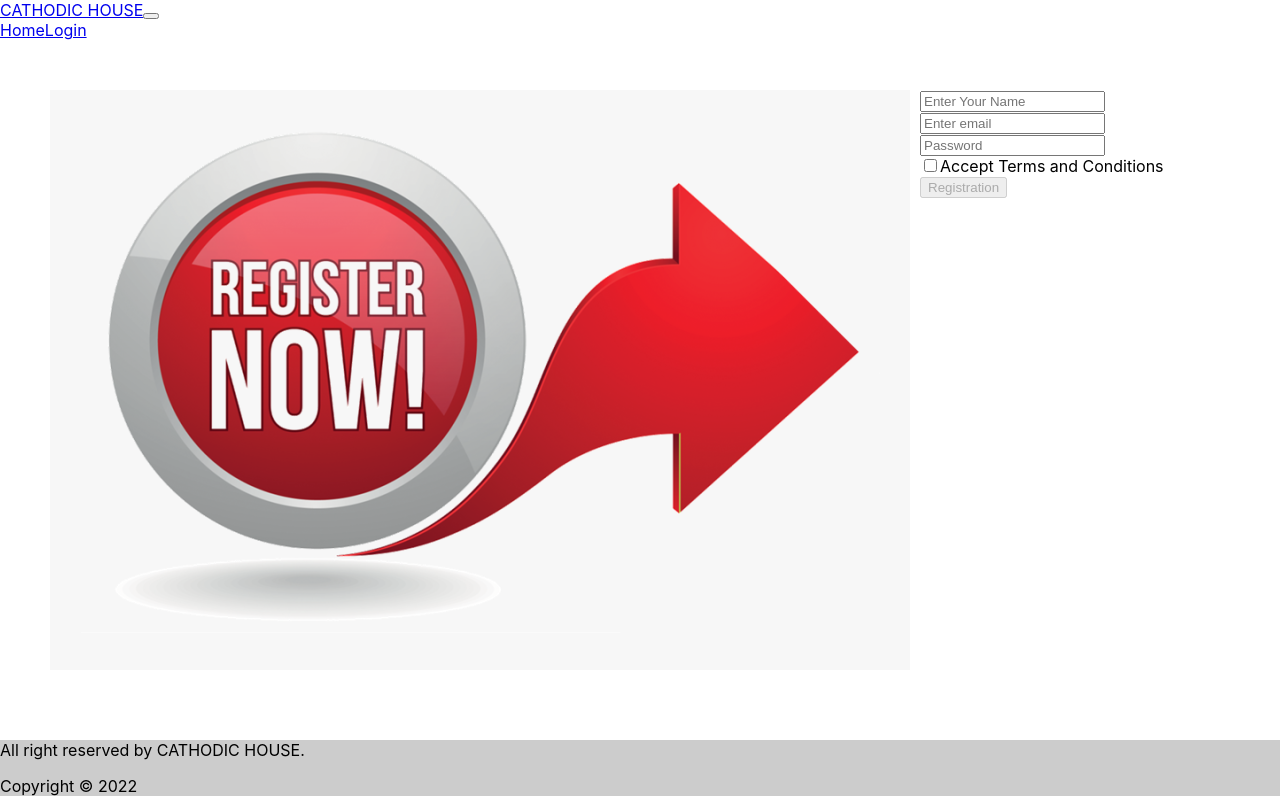
Repository: grnisna/warehouse-management-client-11
Page: /registration
An editor plug-in stored every save of this project. The page is shown before and after the next save, followed by the edit.
The browser window is 1280 px wide. The pictures show the whole page.
The project was rebuilt for these pictures with package versions that can differ from the ones it lists, and the page was loaded fresh each time. Also part of the build but not shown: src/components/Login/Login/Login.js, src/components/Home/Carosel/Carosel.css, src/components/Home/Carosel/Carosel.js, src/components/Hooks/UseItems/UseItems.js, src/components/Home/Item/Item.css, src/components/Home/Item/Item.js, src/components/Home/Items/Items.css, src/components/Home/Items/Items.js and 3 more.

Above is the page before, as saved 2022-05-09 20:43:08.

### src/App.js
import { Route, Routes } from 'react-router-dom';
import Login from './components/Login/Login/Login';
import Header from './components/Home/Header/Header';
import Home from './components/Home/Home';
import ItemDetail from './components/Home/ItemDetail/ItemDetail';
import Footer from './components/Home/Footer/Footer';
import Carosel from './components/Home/Carosel/Carosel';
import { ToastContainer } from 'react-toastify';
import 'react-toastify/dist/ReactToastify.css';
import Registration from './components/Login/Registration/Registration';


function App() {
  return (
    <div>
      <Header></Header>
      <Routes>
        <Route path='/' element={<Home></Home>} ></Route>
        <Route path='/home' element={<Home></Home>} ></Route>
        <Route path='/carosel' element={<Carosel></Carosel>} ></Route>
        <Route path='/itemDetail/:itemId' element={<ItemDetail></ItemDetail>} ></Route>
        <Route path='/registration' element={<Registration></Registration>} ></Route>
        <Route path='/login' element={<Login></Login>} ></Route>
      </Routes>
      <Footer></Footer>
      <ToastContainer/>
    </div>
  );
}

export default App;

### src/components/Home/Header/Header.js
import React from 'react';
import { Container, Nav, Navbar } from 'react-bootstrap';
import { Link } from 'react-router-dom';

const Header = () => {
    return (
        <Navbar collapseOnSelect expand="lg" bg="dark" variant="dark">
            <Container>
                <Navbar.Brand as={Link} to="/home">CATHODIC HOUSE</Navbar.Brand>
                <Navbar.Toggle aria-controls="responsive-navbar-nav" />
                <Navbar.Collapse id="responsive-navbar-nav">
                    <Nav className="me-auto">
                        <Nav.Link href="#"></Nav.Link>
                        <Nav.Link href="#"></Nav.Link>

                    </Nav>
                    <Nav>
                        <Nav.Link as={Link} to="/home">Home</Nav.Link>
                        <Nav.Link eventKey={2}as={Link} to='/login'>
                            Login
                        </Nav.Link>
                    </Nav>
                </Navbar.Collapse>
            </Container>
        </Navbar>
    );
};

export default Header;

### src/components/Home/Footer/Footer.js
import React from 'react';
import './Footer.css';

const Footer = () => {
    const date = new Date().getFullYear();
    return (
        <div className='backgrond p-3 text-center' >
            <p>All right reserved by CATHODIC HOUSE.</p>
            <p><span>Copyright &copy; {date} </span></p>
        </div>
    );
};

export default Footer;

### src/components/Login/Registration/Registration.js
import React, { useState } from 'react';
import { Button, Form } from 'react-bootstrap';
import { useCreateUserWithEmailAndPassword } from 'react-firebase-hooks/auth';
import image from '../../../images/registration/registration-image2.png';
import auth from '../Login/firebase/firebase.init';
import './Registration.css';
import { toast } from 'react-toastify';
import 'react-toastify/dist/ReactToastify.css';

const Registration = () => {
    const [agree, setAgree] = useState(false);
    const [
        createUserWithEmailAndPassword,
        user,
        loading,
        error,
      ] = useCreateUserWithEmailAndPassword(auth);

      const handleSignIn = event =>{
          event.preventDefault();
          const email = event.target.email.value;
          const password = event.target.password.value;
        createUserWithEmailAndPassword(email,password);
        toast('Successfully Registration');
        event.target.reset();
      }
    return (
        <div className=" registration " >
            <div className='image-area' >
                <img className='img-fluid' src={image} alt="" />
            </div>

            <div>
            <Form onSubmit={handleSignIn}>
                <Form.Group className="mb-3" controlId="formBasicText">

                    <Form.Control type="text"  placeholder="Enter Your Name" required />
                </Form.Group>

                <Form.Group className="mb-3" controlId="formBasicEmail">

                    <Form.Control type="email" name='email' placeholder="Enter email" required />
                </Form.Group>

                <Form.Group className="mb-3" controlId="formBasicPassword">

                    <Form.Control type="password" name='password' placeholder="Password" required />
                </Form.Group>

                <Form.Group className="mb-3" controlId="formBasicCheckbox">
                    <Form.Check onClick={()=>setAgree(!agree)} type="checkbox" label="Accept Terms and Conditions" />
                </Form.Group>

                {error && <p style={{color:'red'}} >{error.message}</p>}

                <Button disabled={!agree} className='w-100' variant="primary" type="submit">
                   Registration
                </Button>
            </Form>
            </div>
        </div>
    );
};

export default Registration;

### src/components/Login/Login/firebase/firebase.init.js
// Import the functions you need from the SDKs you need
import { initializeApp } from "firebase/app";

import { getAuth } from "firebase/auth";
// TODO: Add SDKs for Firebase products that you want to use
// https://firebase.google.com/docs/web/setup#available-libraries

// Your web app's Firebase configuration
// For Firebase JS SDK v7.20.0 and later, measurementId is optional
const firebaseConfig = {
  apiKey: process.env.REACT_APP_apiKey,
  authDomain: process.env.REACT_APP_authDomain,
  projectId: process.env.REACT_APP_projectId,
  storageBucket: process.env.REACT_APP_storageBucket,
  messagingSenderId: process.env.REACT_APP_messagingSenderId,
  appId: process.env.REACT_APP_appId,
  measurementId: process.env.REACT_APP_measurementId
};

// Initialize Firebase
const app = initializeApp(firebaseConfig);

const auth = getAuth(app);

export default auth;

### src/components/Login/Login/Login.css
.login{
    display: grid;
    grid-template-columns: repeat(2,1fr);
    grid-gap: 10px;
    padding: 50px;
    align-items: center;

}
.image-area{
    width: 60%;
    height: auto;
}

### src/components/Home/Footer/Footer.css
.backgrond{
    background-color: #ccc;
}

### src/components/Login/Registration/Registration.css
.registration{
    display: grid;
    grid-template-columns: repeat(2,1fr);
    grid-gap: 10px;
    padding: 50px;

}
.image-area{
    width: 100%;
    height: auto;
}

Loaded but not shown: src/index.js (common file); src/index.css (common file); src/reportWebVitals.js (common file)

After the next save:
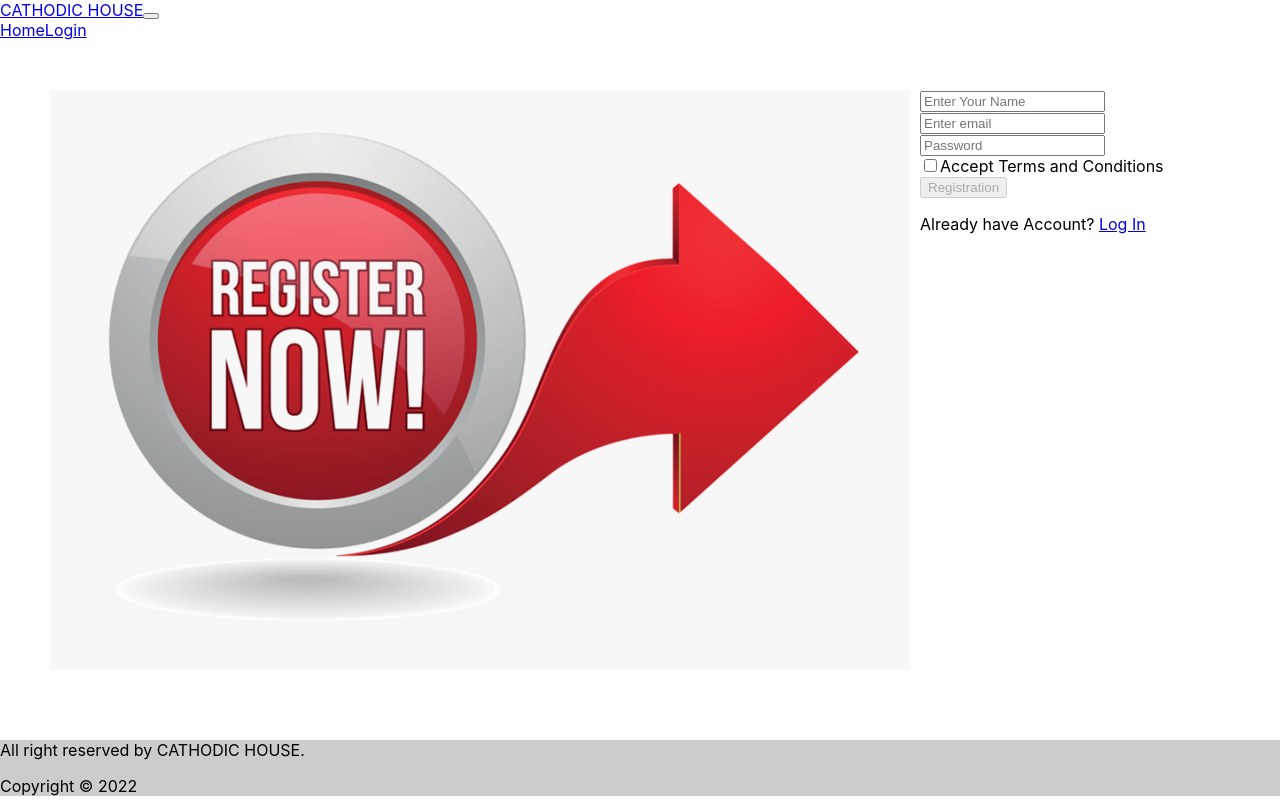
Saved 2 min 6 s later.
--- a/src/components/Login/Registration/Registration.js
+++ b/src/components/Login/Registration/Registration.js
@@ -6,6 +6,7 @@ import auth from '../Login/firebase/firebase.init';
 import './Registration.css';
 import { toast } from 'react-toastify';
 import 'react-toastify/dist/ReactToastify.css';
+import { Link } from 'react-router-dom';
 
 const Registration = () => {
     const [agree, setAgree] = useState(false);
@@ -57,6 +58,8 @@ const Registration = () => {
                    Registration
                 </Button>
             </Form>
+
+            <p>Already have Account? <Link to='/login' >Log In</Link> </p>
             </div>
         </div>
     );
